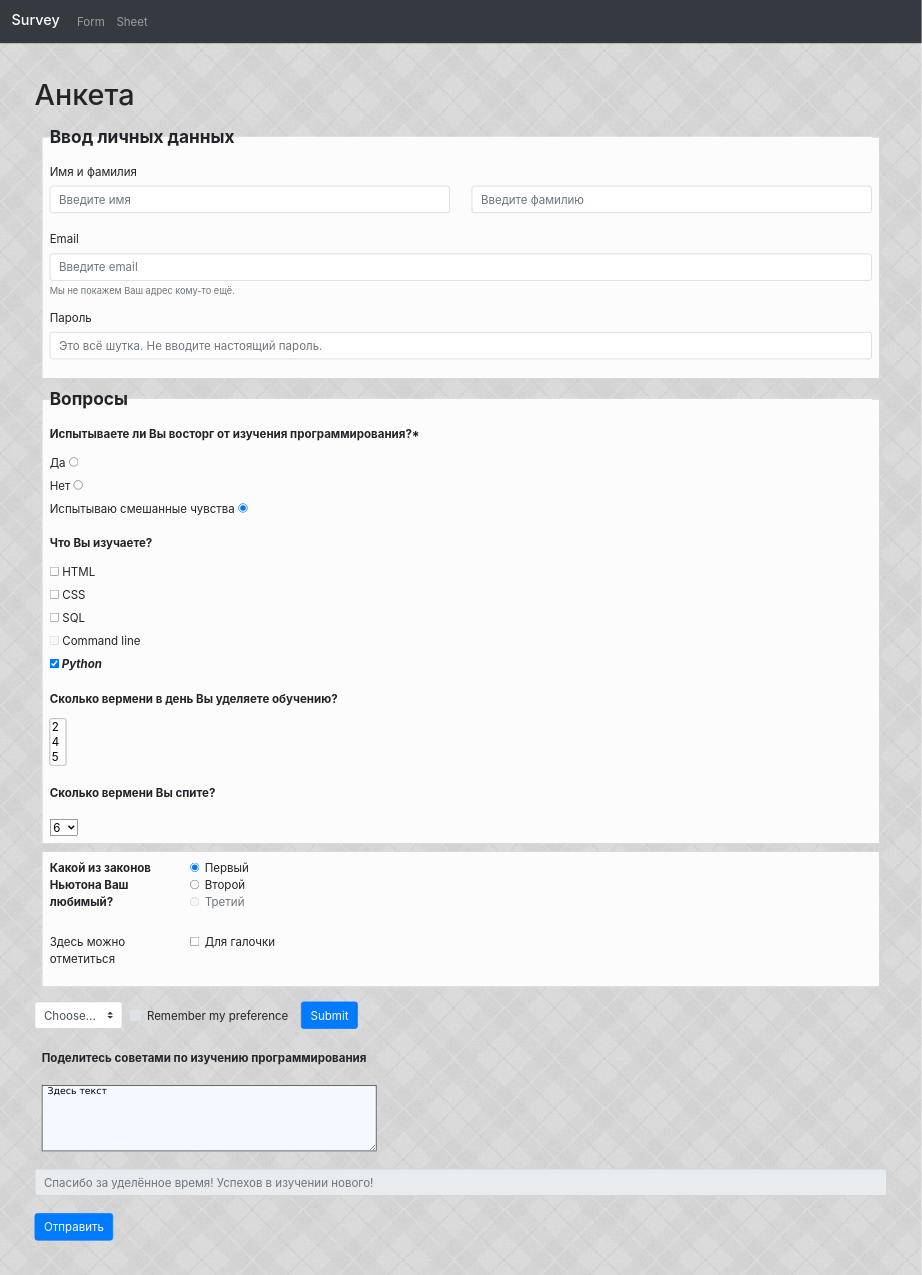
Repository: tavrora/cs50_ide
Page: http://localhost/form
The author's editor kept a record of every edit. The page is drawn from the files as they stood at one moment, then again after the next edit.
The browser window is 1280 px wide. The pictures show the whole page, at 72% of full size.
The page is served by the project's application, run on Flask 3 (pset7/survey/application.py).

Above is the page before.

After the next edit:
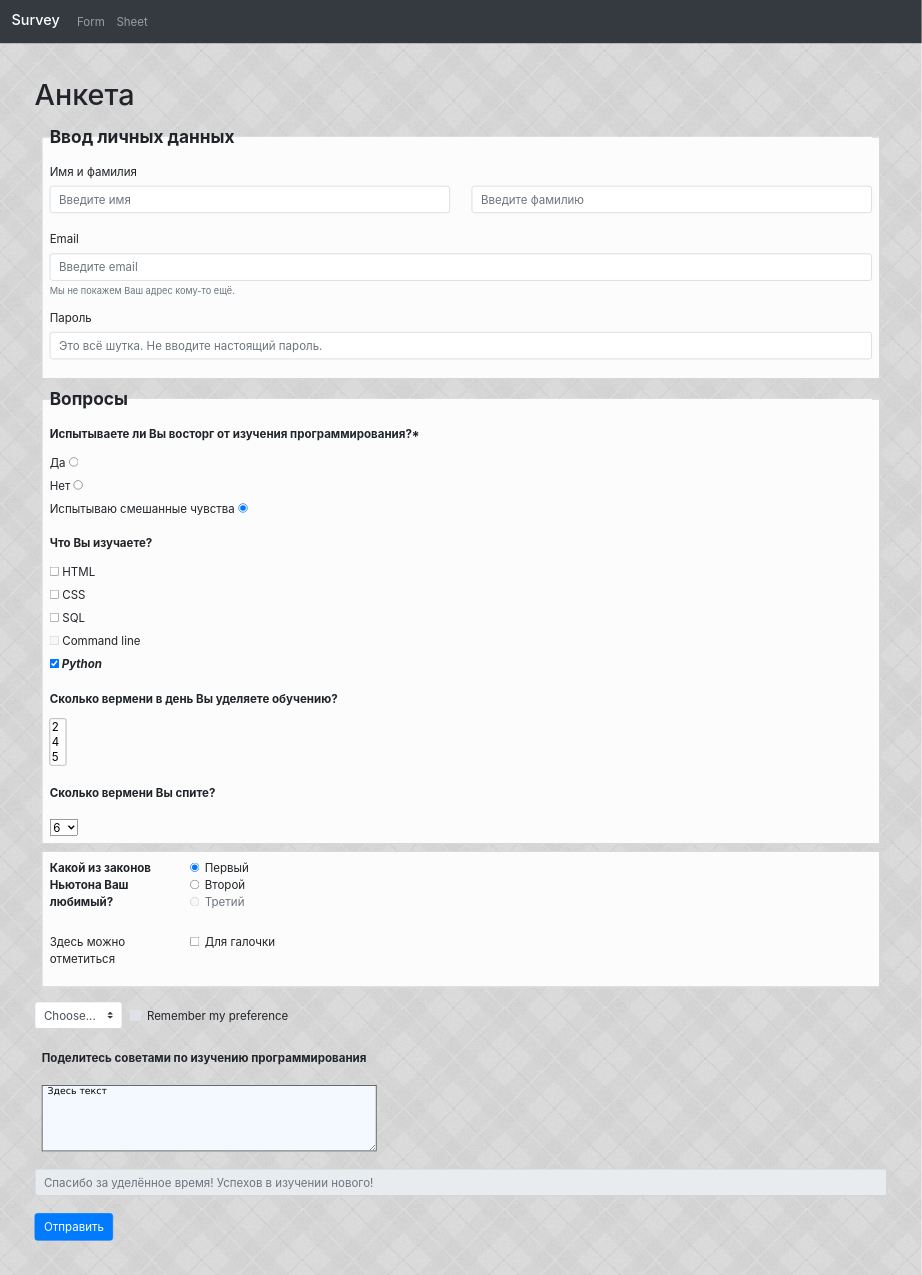
The edit:
--- a/pset7/survey/templates/form.html
+++ b/pset7/survey/templates/form.html
@@ -136,9 +136,6 @@
                     <label class="custom-control-label" for="customControlAutosizing">Remember my preference</label>
                 </div>
             </div>
-            <div class="col-auto my-1">
-              <button type="submit" class="btn btn-primary">Submit</button>
-            </div>
         </div>
 
         <br />
